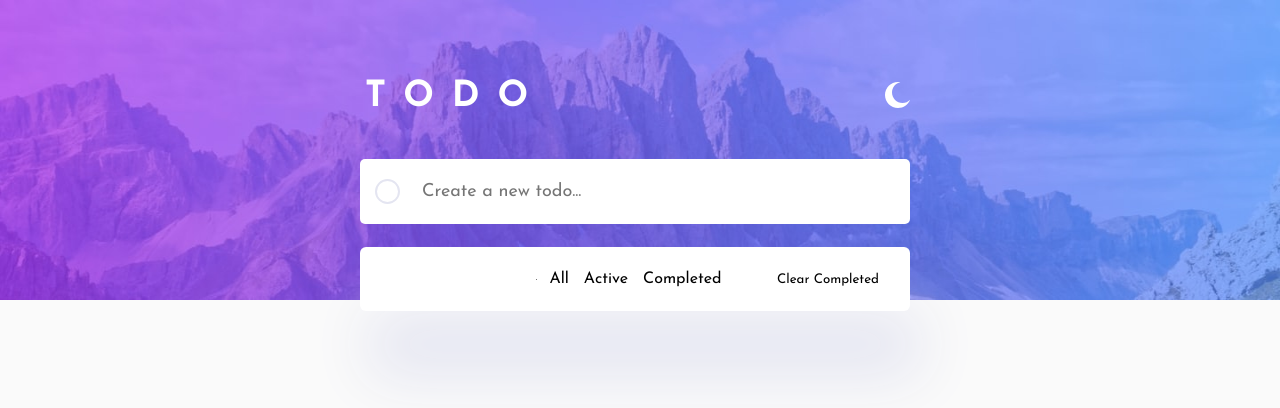
Repository: Haviles04/todoapp
Page: /
An editor plug-in stored every save of this project. The page is shown before and after the next save, followed by the edit.
The browser window is 1280 px wide. The pictures show the whole page.
The project was rebuilt for these pictures with package versions that can differ from the ones it lists, and the page was loaded fresh each time.

Above is the page before, as saved 2022-10-22 11:34:24.

After the next save:
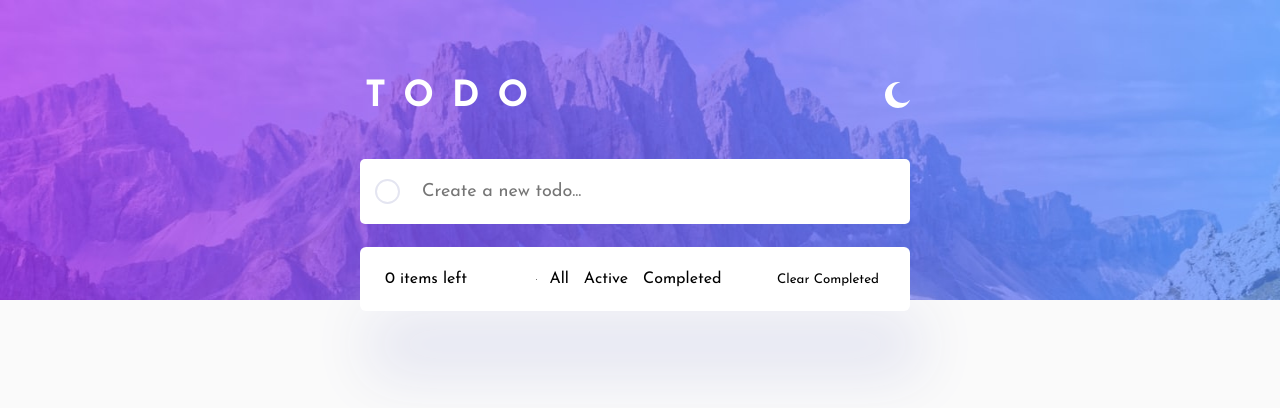
Saved 50 s later.
--- a/src/components/taskList/TaskList.jsx
+++ b/src/components/taskList/TaskList.jsx
@@ -1,11 +1,13 @@
-import React, { useState } from "react";
+import React, { useEffect, useState } from "react";
 import "./taskList.css";
 
 function TaskList(props) {
 
   // Checks to see how many items are on the list, and makes "item" plural
   const [plural, setPlural] = useState("")
-
+  useEffect(()=> {
+    pluralize();
+  })
   function pluralize(){
   setPlural(()=>{
     let countOverOne = props.todoList.filter((todo) => !todo.complete).length;
